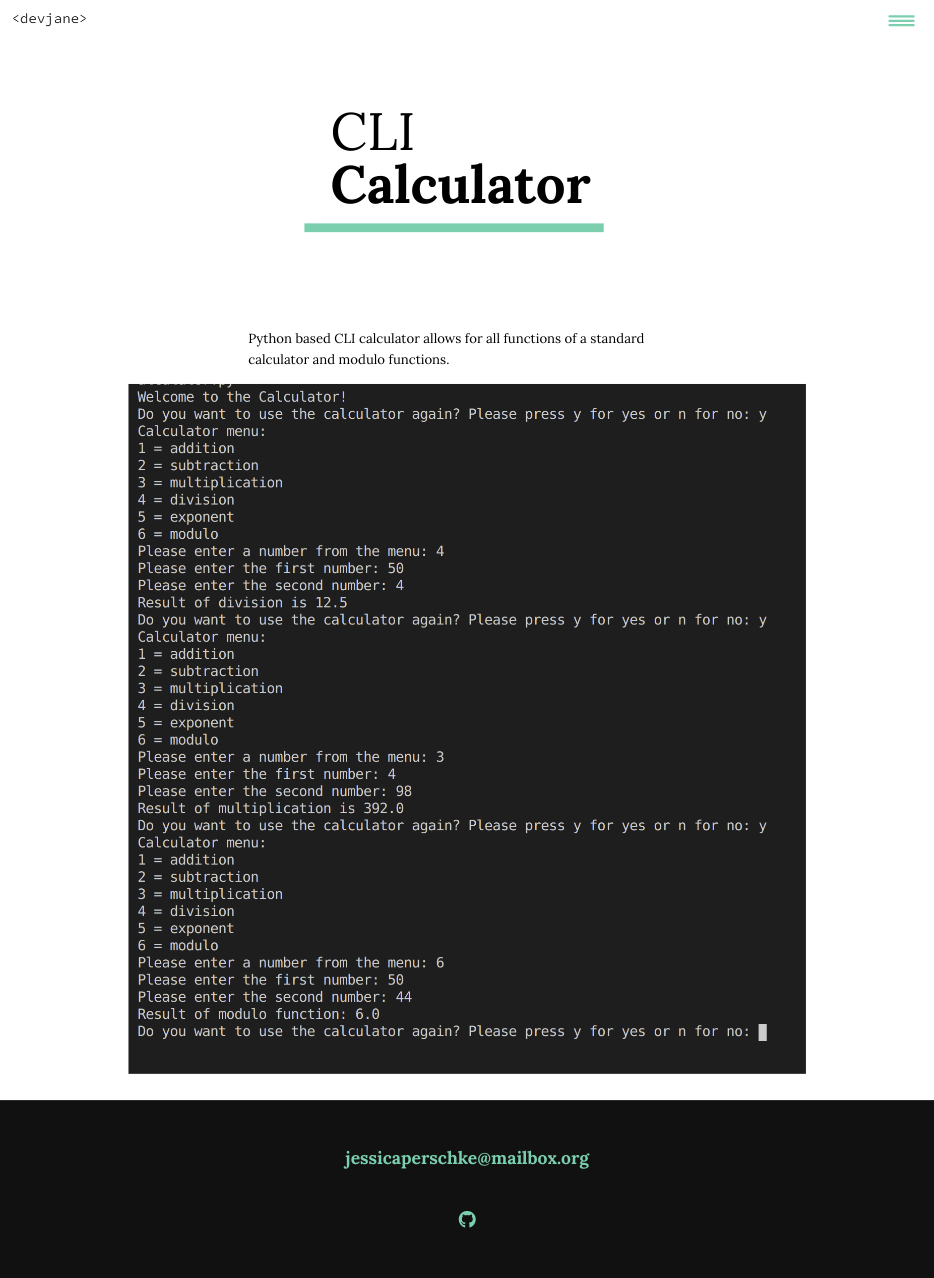
Repository: DinoDime/site
Page: portfolio-item3.html
The author's editor kept a copy of each file at every save. The page is drawn from the files as they stood at one save, then again after the next save.
The browser window is 1280 px wide. The pictures show the whole page, at 73% of full size.
Some web libraries are served in a nearby version.

Above is the page before, as saved 2021-05-03 10:50:36.

After the next save:
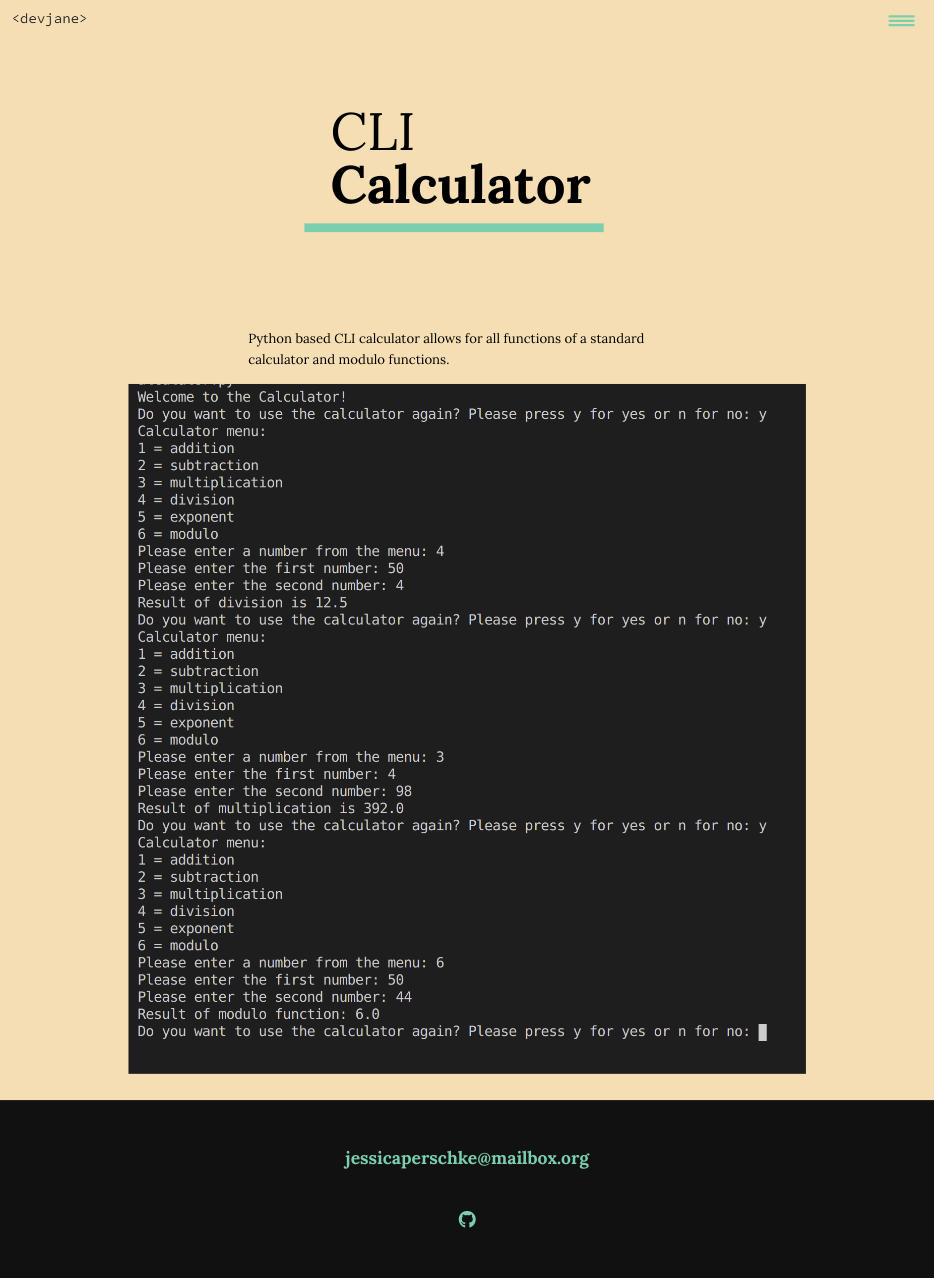
Saved 5 s later.
--- a/css/style.css
+++ b/css/style.css
@@ -13,7 +13,7 @@
   --fw-reg: 400;
   --fw-bold: 700;
 
-  --clr-light: straw;
+  --clr-light: wheat;
   --clr-dark: black;
   --clr-accent: rgb(123, 207, 175);
 
